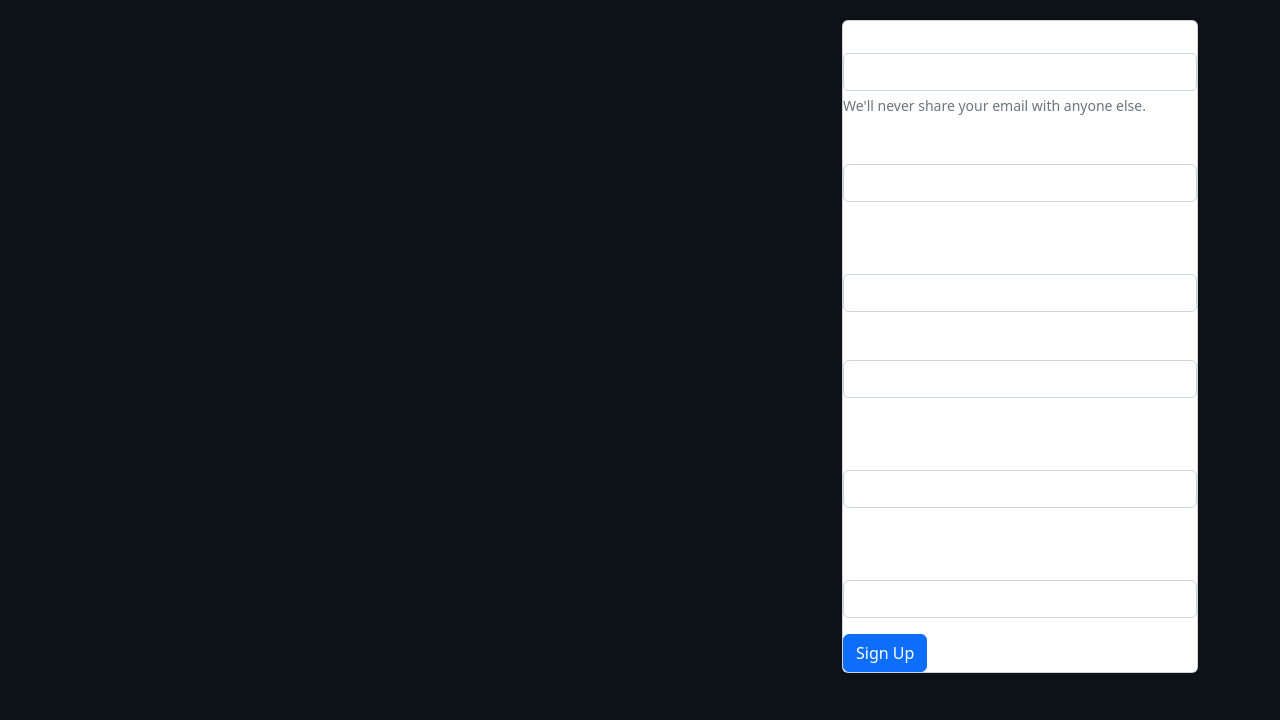
Repository: jaseem1999/sdCommunity
Page: http://localhost/sdCommunity/signup.jsp
These files come from the project's save history. The page is drawn as it stood at one moment and after the next save; the edit follows.
The browser window is 1280 px wide. The pictures show the whole page.
The page is served by Tomcat 9. Other server files are loaded and not shown.

Above is the page before, as saved 2023-09-24 09:54:32.

### sdCommunity/src/main/webapp/signup.jsp
<%@ page language="java" contentType="text/html; charset=ISO-8859-1"
    pageEncoding="ISO-8859-1"%>
<!DOCTYPE html>
<html>
<head>
    <title>User Signup</title>
    <link rel="stylesheet" href="./css/style.css">
    <link href="https://cdn.jsdelivr.net/npm/bootstrap@5.2.3/dist/css/bootstrap.min.css" rel="stylesheet" integrity="sha384-rbsA2VBKQhggwzxH7pPCaAqO46MgnOM80zW1RWuH61DGLwZJEdK2Kadq2F9CUG65" crossorigin="anonymous">

	<script src="https://cdn.jsdelivr.net/npm/bootstrap@5.2.3/dist/js/bootstrap.bundle.min.js" integrity="sha384-kenU1KFdBIe4zVF0s0G1M5b4hcpxyD9F7jL+jjXkk+Q2h455rYXK/7HAuoJl+0I4" crossorigin="anonymous"></script>


</head>

<style>
	.alert{
		margin-top: 30%;
	}
</style>
<body class="bdy">

<div class="container" >
	<!-- Stack the columns on mobile by making one full-width and the other half-width -->
  			<div class="row" style="margin-top: 20px">


			    <div class="col-8" id="signBConnection">
			    		<%
						String message = request.getParameter("message");
						if (message != null && message.equals("Failed")){
							out.print("<div class='alert alert-danger' role='alert'>Sign Up Failed...<br>Try again...</div>");
						}else if(message != null && message.equals("Success")){
							out.print("<div class='alert alert-success' role='alert'>Sign Up Successfully...<br>");
							out.print("<a class='btn btn-primary' aria-current='page'  href='../Login/Login.jsp'>");
						    out.print("Login</a> </div>");
						}else{
							out.print("");
						}
						%>
			    </div>
			    <div class="col-4"  >
			    	<form onsubmit="return uform()" action="SignupServlet.jsp"  method="post" class="card" id="ctrForm">
			    	<div class="mb-3">
   						<label for="exampleInputEmail1" class="form-label">Email address</label>
    					<input type="email" class="form-control" id="exampleInputEmail1" aria-describedby="emailHelp"  name="email">
    					<div id="emailHelp" class="form-text">We'll never share your email with anyone else.</div>
  					</div>
					<div class="mb-3">
			    		<label for="exampleInputPassword1" class="form-label">Password</label>
			    		<input type="password" class="form-control" id="exampleInputPassword1" name="password">
			    		<br><span class="error" id="psw"></span>
			  		</div>
			  		<div class="mb-3">
			    		<label for="exampleInputPassword1" class="form-label">Repassword</label>
			    		<input type="password" class="form-control" id="exampleInputRepassword1" name="repassword">
			  		</div>
			  		<div class="mb-3">
			    		<label for="exampleInputNumber" class="form-label">Number</label>
			    		<input type="text" class="form-control" id="exampleInputNumber" name="number">
			    		<br><span class="error" id="nom"></span>
			  		</div>
			  		<div class="mb-3">
			    		<label for="exampleInputFname" class="form-label">First Name</label>
			    		<input type="text" class="form-control" id="exampleInputFname" name="fname">
			    		<br><span class="error" id="usn"></span>
			  		</div>
					 <div class="mb-3">
			    		<label for="exampleInputLname" class="form-label">Last Name</label>
			    		<input type="text" class="form-control" id="exampleInputlname" name="lname">
			  		</div>
					 <div id="center"><button type="submit" class="btn btn-primary" >Sign Up</button></div>
					</form>

			    </div>
  		</div>
 </div>


<script type="text/javascript">
function uform(){
    let user = document.getElementById("exampleInputFname").value;
    let email = document.getElementById("exampleInputEmail1").value;
    let pass = document.getElementById("exampleInputPassword1").value;
    let rpass = document.getElementById("exampleInputRepassword1").value;
    let num = document.getElementById("exampleInputNumber").value;
    let status = true;

   	if(num == ""){
		document.getElementById("nom").innerHTML = "Please enter your valid number";
        status = false;
	   }
    if(user == "" ){
        document.getElementById("usn").innerHTML = "Please enter your name";
        status = false;
    }else if(user.match(/^[0-9]+$/)){
        document.getElementById("usn").innerHTML = "Please enter valid name don't use numbers";
        status = false;
    }else{
        status = true;
    }
    if(email == ""){
        document.getElementById("eml").innerHTML = "Please enter your email";
        status = false;
    }else if(email.indexOf("@")  && email.indexOf(".")){
        document.getElementById("exampleInputEmail1").style.border = "4px solid green";
        status = true;
    }else{
        status =true;
    }
    if(pass == "" || rpass == ""){
        document.getElementById("psw").innerHTML = "Please enter your password";
        document.getElementById("Password").style.boxShadow = "0px 0px 7px red";
        document.getElementById("Password").style.border = "2px solid red";
        status = false;
    }else if( pass != rpass ){
        document.getElementById("psw").innerHTML = "Password not match";
        document.getElementById("exampleInputPassword1").style.boxShadow = "0px 0px 7px red";
        document.getElementById("exampleInputPassword1").style.border = "2px solid sold red";
        document.getElementById("").style.border = "5px solid red";
        status = false;
    }else if (pass.length >= 6 &&  pass.match(/[a-z]/g) && pass.match(/[A-Z]/g) && pass.match(/[0-9]/g) && pass.match(/[^a-zA-Z\d]/g)){
        status = true;

    }else{
        document.getElementById("psw").innerHTML = "must be strong use{A-Z,a-z,0-9,Special character, above 6 character}";
        status = false;
    }
    return status;
}

</script>



</body>
</html>

### sdCommunity/src/main/webapp/css/style.css
@charset "ISO-8859-1";
.bdy{
 		background-color: #0d1118;
		color: white;
 }
.heading-possision{
 		position: relative;
 		top : 100px;

 }
 .heading-style{
 		 color: #64ffda;
    		font-size: 38px;
    		margin: 0 0 20px;

 	}
 	.animate-charcter
	{
	  background-image: linear-gradient(
	    -225deg,
	    #231557 0%,
	    #44107a 29%,
	    #ff1361 67%,
	    #fff800 100%
	  );
	  background-size: auto auto;
	  background-clip: border-box;
	  background-size: 200% auto;
	  color: #fff;
	  background-clip: text;
	  text-fill-color: transparent;
	  -webkit-background-clip: text;
	  -webkit-text-fill-color: transparent;
	  animation: textclip 2s linear infinite;
	  display: inline-block;
	      font-size: 60px;
	}

	@keyframes textclip {
	  to {
	    background-position: 200% center;
	  }
	}
 	.homeFirstImgBanner{
	    height: 282px;
	    position: relative;
	    top: 137px;
	    left: 0px;
	    background: #243d3852;
	    border: 1px solid color(srgb 0.55 0.91 0.71 / 0.26);
	    z-index: 100;
	    border-block-width: t;
	    border-block-width: 6px;
 	}
 	.homeFirstImg{
 		width: 284px;
    	height: 282px;
    	position: relative;
    	top: 85px;
    	left: 0px;
    	z-index: 1;
 	}

 	#homeThirdPart{
 		height: 400px;
    	background-image: url(./img/sn2..png);
    	/* background-repeat: no-repeat; */
    	/* background-position: center; */
   		 background-size: cover;
 	}
 	@import url('https://fonts.googleapis.com/css2?family=Alfa+Slab+One&display=swap');


.homeThredContent {
  background-color:  #1a1c1f00;
  display: flex;
  justify-content: center;
  align-items: center;
  min-height: 20vh;
}
.waviy {
  position: relative;
  -webkit-box-reflect: below -20px linear-gradient(transparent, rgba(0,0,0,.2));
  font-size: 28px;
}
.waviy span {
  font-family: 'Alfa Slab One', cursive;
  position: relative;
  display: inline-block;
  color: #fff;
  text-transform: uppercase;
  animation: waviy 1s infinite;
  animation-delay: calc(.1s * var(--i));

}
@keyframes waviy {
  0%,40%,100% {
    transform: translateY(0)
  }
  20% {
    transform: translateY(-20px)
  }
}

.world{
	background-image: url("./css/img/globe.webp");
		background-repeat: no-repeat;
    	background-position: center;
    	background-size: cover;
 		width: 100%;
    	height: auto;
}

After the next save:
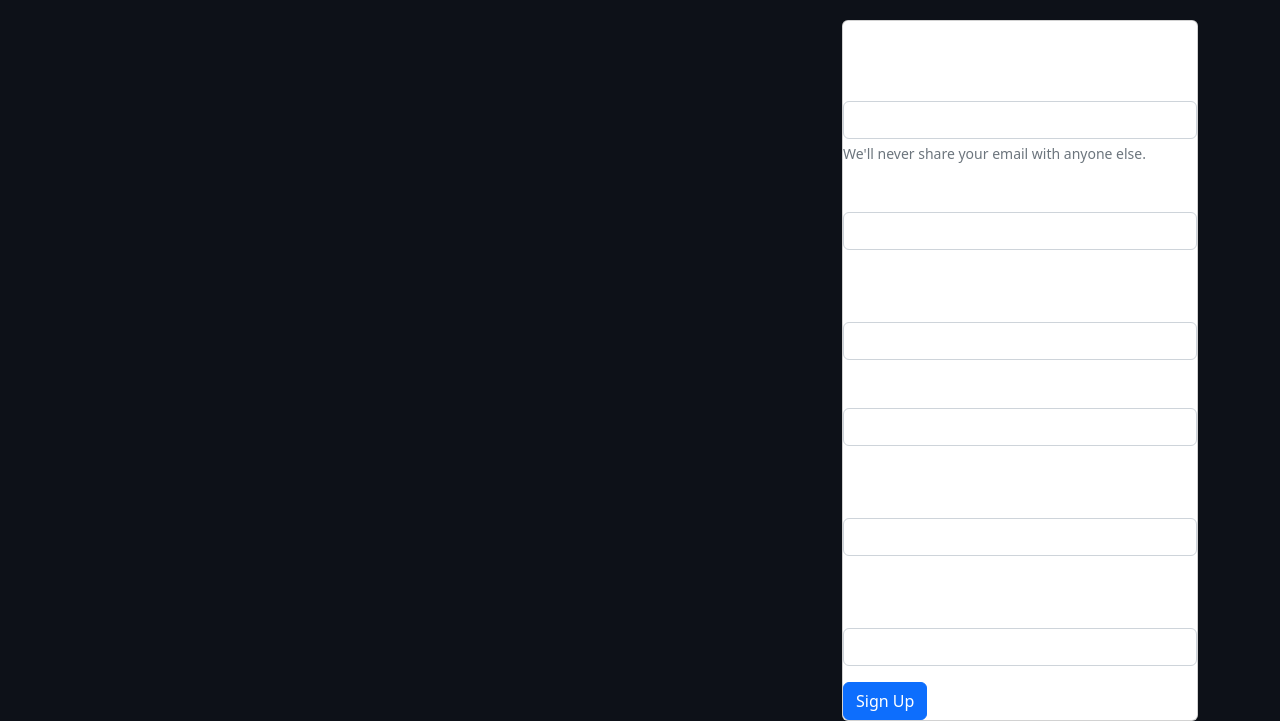
Saved 12 min 21 s later.
--- a/sdCommunity/src/main/webapp/signup.jsp
+++ b/sdCommunity/src/main/webapp/signup.jsp
@@ -39,7 +39,13 @@
 						%>
 			    </div>
 			    <div class="col-4"  >
-			    	<form onsubmit="return uform()" action="SignupServlet.jsp"  method="post" class="card" id="ctrForm">
+			    	<form
+			    	<%
+			    	boolean condition = false;
+			    	if(condition) { %>
+        				onsubmit="return uform()"
+    				<% } %> action="SignupServlet.jsp" method="post" class="card" id="ctrForm">
+			    	 action="SignupServlet.jsp"  method="post" class="card" id="ctrForm">
 			    	<div class="mb-3">
    						<label for="exampleInputEmail1" class="form-label">Email address</label>
     					<input type="email" class="form-control" id="exampleInputEmail1" aria-describedby="emailHelp"  name="email">

After the 2 saves that followed:
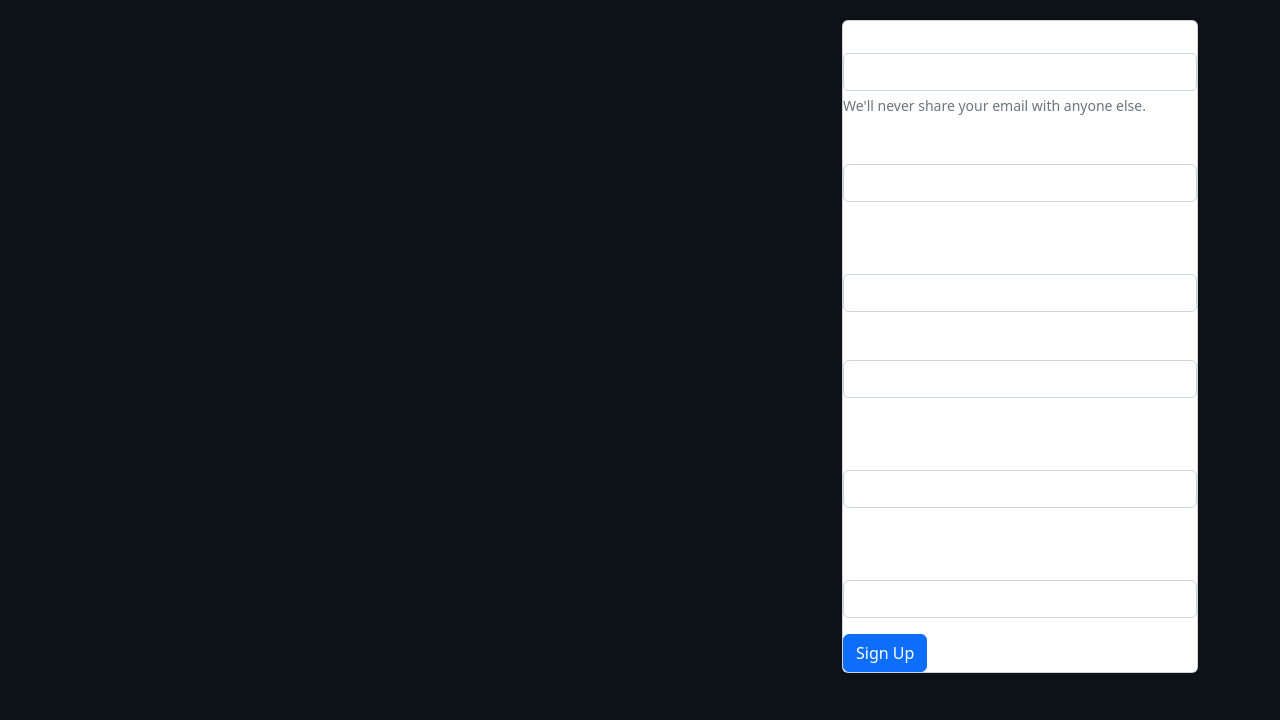
The 2 saves are shown as one change because 1 left the picture as it was.
The last was saved 4 min 27 s later.
--- a/sdCommunity/src/main/webapp/signup.jsp
+++ b/sdCommunity/src/main/webapp/signup.jsp
@@ -39,13 +39,14 @@
 						%>
 			    </div>
 			    <div class="col-4"  >
-			    	<form
 			    	<%
-			    	boolean condition = false;
-			    	if(condition) { %>
-        				onsubmit="return uform()"
-    				<% } %> action="SignupServlet.jsp" method="post" class="card" id="ctrForm">
-			    	 action="SignupServlet.jsp"  method="post" class="card" id="ctrForm">
+    boolean condition = true;
+    String onsubmit = condition ? "return uform()" : "";
+    String action = condition ? "SignupServlet.jsp" : "SomeOtherServlet.jsp"; // Change this accordingly
+%>
+			    	<form  onsubmit="<%= onsubmit %>"
+    action="<%= action %>"
+    method="post" class="card" id="ctrForm">
 			    	<div class="mb-3">
    						<label for="exampleInputEmail1" class="form-label">Email address</label>
     					<input type="email" class="form-control" id="exampleInputEmail1" aria-describedby="emailHelp"  name="email">
